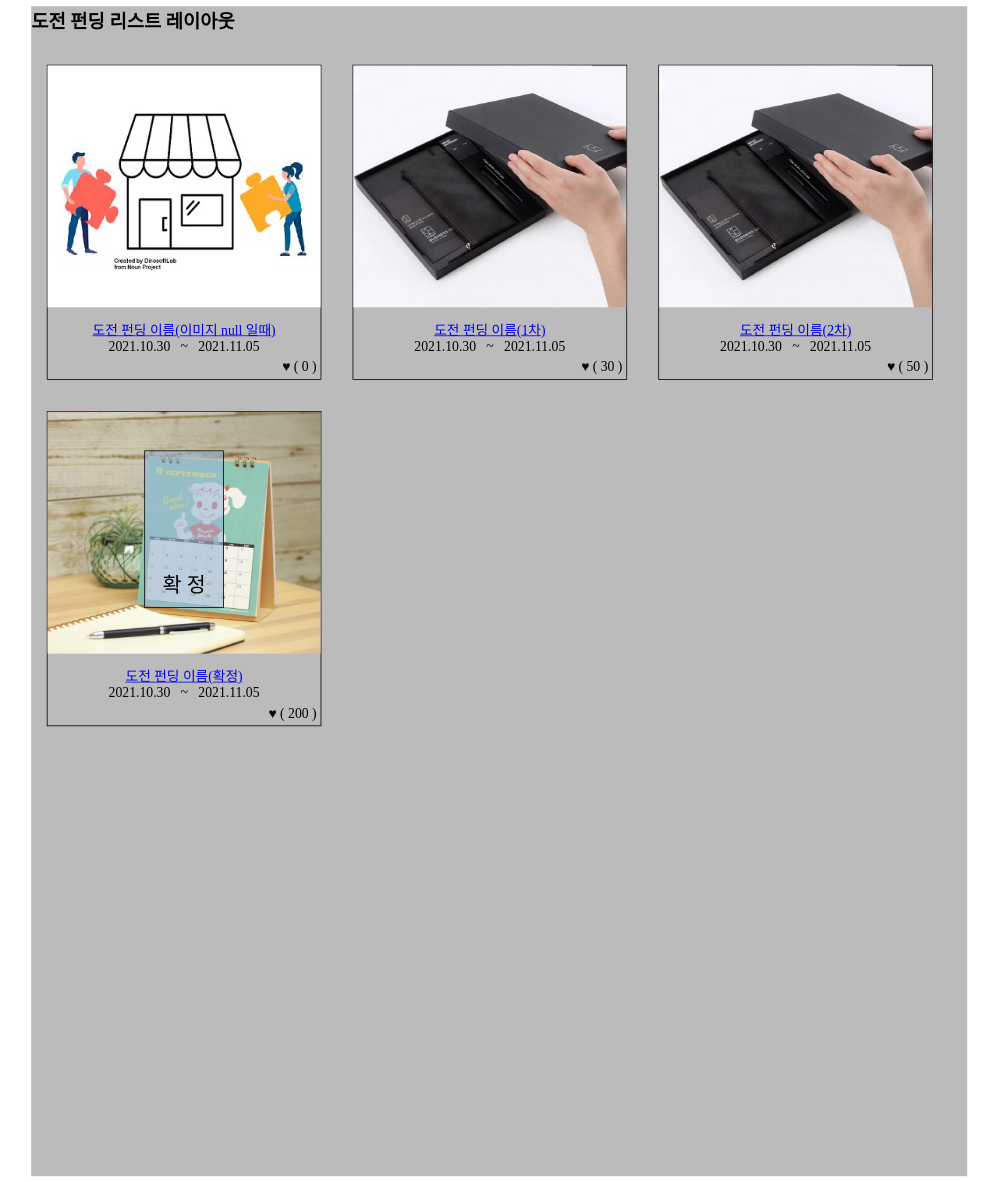
Repository: GroundPark/team6
Page: http://localhost/lefthand/page/product/chal_funding_list.jsp
These files come from the project's save history. The page is drawn as it stood at one moment and after the next save; the edit follows.
The browser window is 1280 px wide. The pictures show the whole page, at 78% of full size.
The page is served by Tomcat 9. Other server files are loaded and not shown.

Above is the page before, as saved 2021-11-20 18:06:42.

### lefthand/WebContent/page/product/chal_funding_list.jsp
<%@ page language="java" contentType="text/html; charset=UTF-8" pageEncoding="UTF-8"%>


<style>

.chal_funding_contents {
	width:1200px; height:1500px;  margin: 0 auto;
	background-color:#bbbbbb;

}

.chal_funding { position:relative; margin:20px; border:1px black solid; float:left; font-size:1.1em; }

.chal_period { text-align:center; }

.chal_like { float:right; padding:5px; }

.chal_ok {
	position:absolute;
	top:50%; left:50%;
	transform:translate(-50%, -75%);
	width:100px; height:50px; background-color:rgba(155, 183, 214, 0.6);
	z-index: 1;
	border:1px black solid;
	text-align:center;
	font-size:1.5em;
	padding-top:150px;
}
</style>


<div class="chal_funding_contents">
<h2>도전 펀딩 리스트 레이아웃</h2>
<div class="chal_funding">
	<a href="#"><img src="../challenge/img/chal_info_default.jpg" style="width:350px; height:310px; padding-bottom:15px;" /></a>
	<div style="text-align:center;"><a href="#">도전 펀딩 이름(이미지 null 일때)</a></div>
	<div class="chal_period"> &nbsp; 2021.10.30 &nbsp; ~ &nbsp; 2021.11.05 &nbsp; </div>
	<div class="chal_like"> ♥ ( 0 ) </div>
</div>

<div class="chal_funding">
	<a href="#"><img src="../challenge/userimg/thum_chal_info_2.jpg" style="width:350px; height:310px; padding-bottom:15px;" /></a>
	<div style="text-align:center;"><a href="#">도전 펀딩 이름(1차)</a></div>
	<div class="chal_period"> &nbsp; 2021.10.30 &nbsp; ~ &nbsp; 2021.11.05 &nbsp; </div>
	<div class="chal_like"> ♥ ( 30 ) </div>
</div>

<div class="chal_funding">
	<a href="#"><img src="../challenge/userimg/thum_chal_info_2.jpg" style="width:350px; height:310px; padding-bottom:15px;" /></a>
	<div style="text-align:center;"><a href="#">도전 펀딩 이름(2차)</a></div>
	<div class="chal_period"> &nbsp; 2021.10.30 &nbsp; ~ &nbsp; 2021.11.05 &nbsp; </div>
	<div class="chal_like"> ♥ ( 50 ) </div>
</div>

<div class="chal_funding">
	<a href="#"><img src="../challenge/userimg/thum_chal_info_1.jpg" style="width:350px; height:310px; padding-bottom:15px;" /></a>
	<div class="chal_ok"> 확 정 </div>
	<div style="text-align:center;"><a href="#">도전 펀딩 이름(확정)</a></div>
	<div class="chal_period"> &nbsp; 2021.10.30 &nbsp; ~ &nbsp; 2021.11.05 &nbsp; </div>
	<div class="chal_like"> ♥ ( 200 ) </div>
</div>



</div>

After the next save:
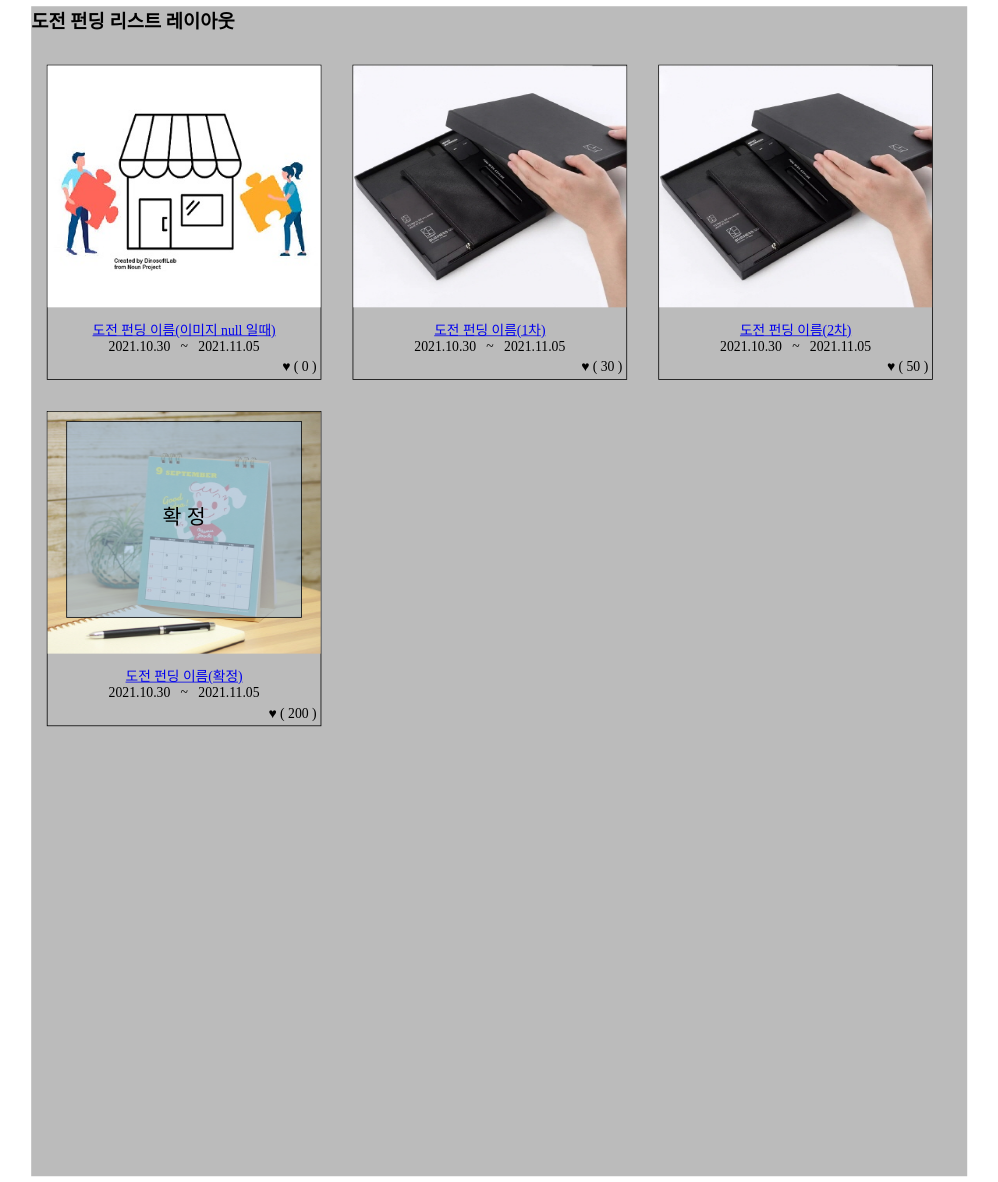
Saved 13 s later.
--- a/lefthand/WebContent/page/product/chal_funding_list.jsp
+++ b/lefthand/WebContent/page/product/chal_funding_list.jsp
@@ -24,7 +24,7 @@
 	border:1px black solid;
 	text-align:center;
 	font-size:1.5em;
-	padding-top:150px;
+	padding:100px;
 }
 </style>
 
